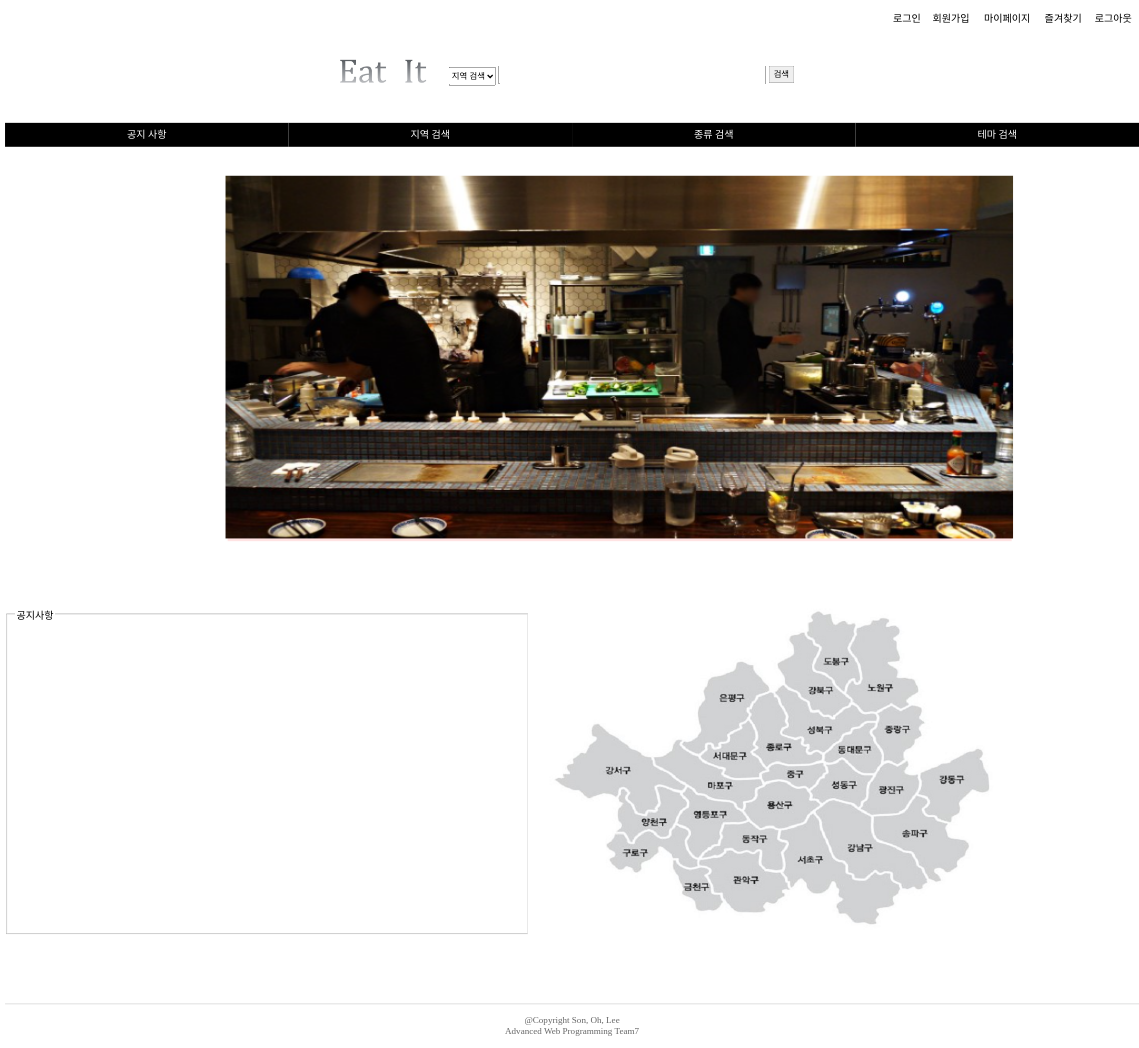
Repository: sonminho/aos
Page: http://localhost/EatIt/
These files come from the project's save history. The page is drawn as it stood at one moment and after the next save; the edit follows.
The browser window is 1280 px wide. The page is 1808 px wide, so the pictures cover 1808 px, including what lies to the right of the window. The pictures show the whole page, at 63% of full size.
Some web libraries are served in a nearby version. The page is served by Tomcat 9.

Above is the page before, as saved 2017-12-12 08:31:56.

After the next save:
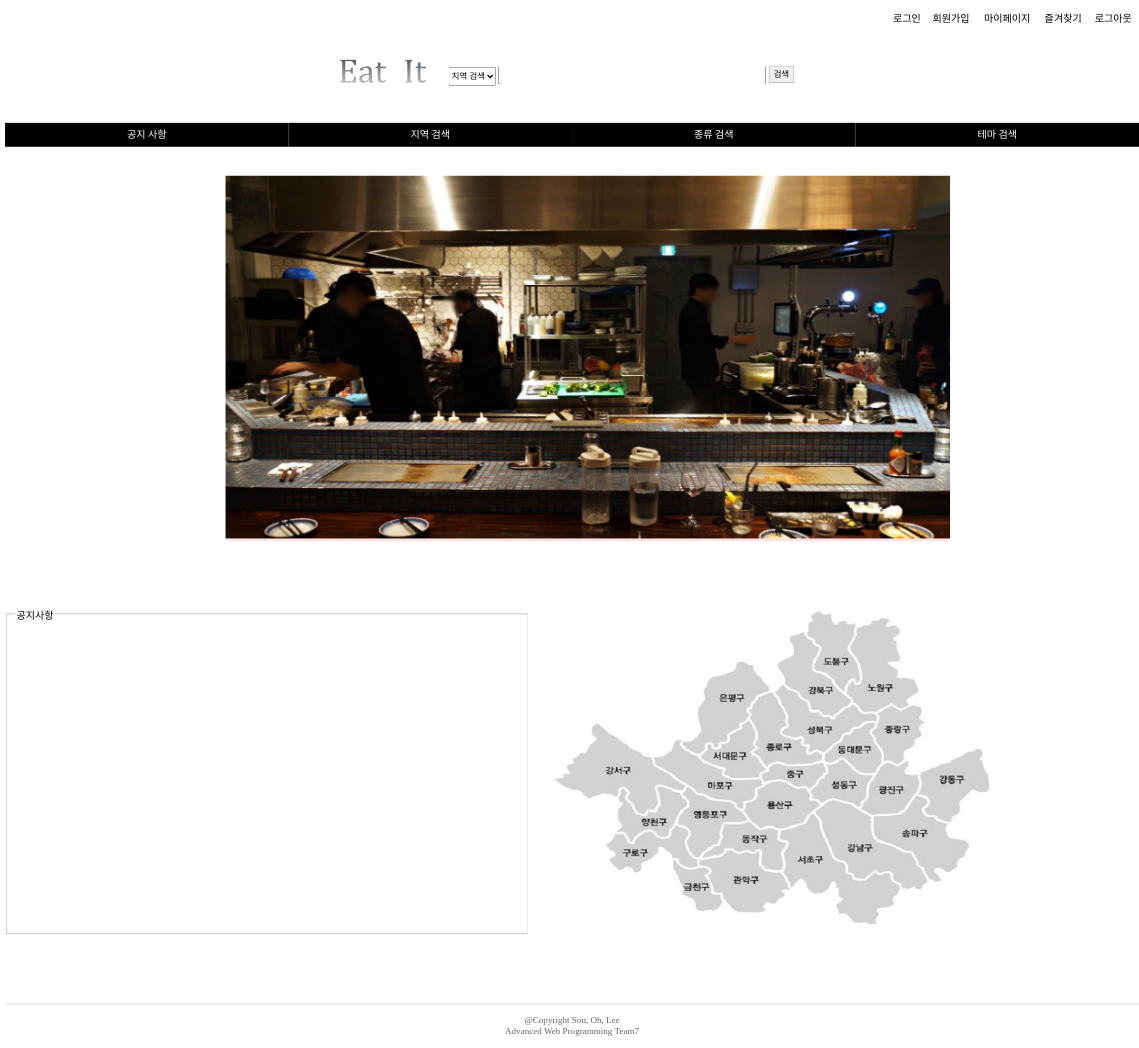
Saved 11 s later.
--- a/EatIt/EatIt/WebContent/index.jsp
+++ b/EatIt/EatIt/WebContent/index.jsp
@@ -64,7 +64,7 @@
    }
 
    .ad_img img{
-   		width:1250px;
+   		width:1150px;
    		height:580px;
    		margin:0 auto;
    }
